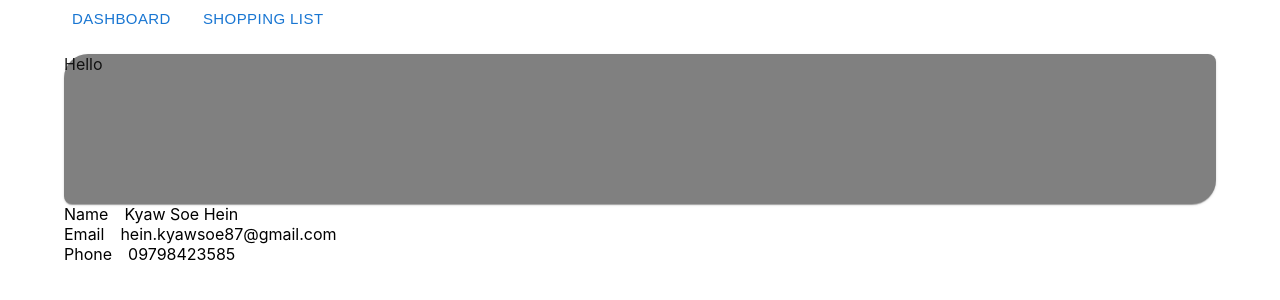
Repository: KyawSoeHein/GoogleAuthReact
Page: /
The author's editor kept a copy of each file at every save. The page is drawn from the files as they stood at one save, then again after a run of saves.
The browser window is 1280 px wide. The pictures show the whole page.
The project was rebuilt for these pictures with package versions that can differ from the ones it lists, and the page was loaded fresh each time. Also part of the build but not shown: src/App.css.

Above is the page before, as saved 2022-02-14 19:20:58.

### src/index.tsx
import React from "react";
import ReactDOM from "react-dom";
import "./index.css";
import App from "./App";
import Dashboard from "./View/Dashboard";
import reportWebVitals from "./reportWebVitals";

ReactDOM.render(
  <React.StrictMode>
    <Dashboard />
  </React.StrictMode>,
  document.getElementById("root")
);

// If you want to start measuring performance in your app, pass a function
// to log results (for example: reportWebVitals(console.log))
// or send to an analytics endpoint. Learn more: https://bit.ly/CRA-vitals
reportWebVitals();

### src/View/Dashboard.tsx
import React from "react";
import { Container, Grid, Stack } from "@mui/material";
import MenuSelection from "../Components/MenuSelection";
import CoverAndProfilePhoto from "../Components/CoverAndProfilePhoto";

const Dashboard = () => {
  return (
    <Grid>
      <Container>
        <MenuSelection />

        <CoverAndProfilePhoto />

        <Stack direction={"row"} spacing={2}>
          <div>Name</div>
          <div>Kyaw Soe Hein</div>
        </Stack>

        <Stack direction={"row"} spacing={2}>
          <div>Email</div>
          <div>hein.kyawsoe87@gmail.com</div>
        </Stack>

        <Stack direction={"row"} spacing={2}>
          <div>Phone</div>
          <div>09798423585</div>
        </Stack>
      </Container>
    </Grid>
  );
};

export default Dashboard;

### src/Components/MenuSelection.tsx
import React from "react";
import { Button, Stack } from "@mui/material";
import "../App.css";

const MenuSelection = () => {
  const buttonFontSize = 15;

  return (
    <Stack direction={"row"} spacing={2}>
      <Button sx={{ fontSize: buttonFontSize, fontFamily: "sans-serif" }}>
        Dashboard
      </Button>
      <Button sx={{ fontSize: buttonFontSize, fontFamily: "sans-serif" }}>
        Shopping List
      </Button>
    </Stack>
  );
};

export default MenuSelection;

### src/Components/CoverAndProfilePhoto.tsx
import React from "react";
import { Button, Paper, Stack } from "@mui/material";
import "../App.css";

const CoverAndProfilePhoto = () => {
  return (
    <Paper
      elevation={1}
      sx={{
        backgroundColor: "grey",
        height: 150,
        borderTopRightRadius: 8,
        borderTopLeftRadius: 24,
        borderBottomLeftRadius: 8,
        borderBottomRightRadius: 24,
      }}
    >
      <p>Hello</p>
    </Paper>
  );
};

export default CoverAndProfilePhoto;

Loaded but not shown: public/index.html (common file); src/index.css (common file); src/reportWebVitals.ts (common file)

After the next 2 saves:
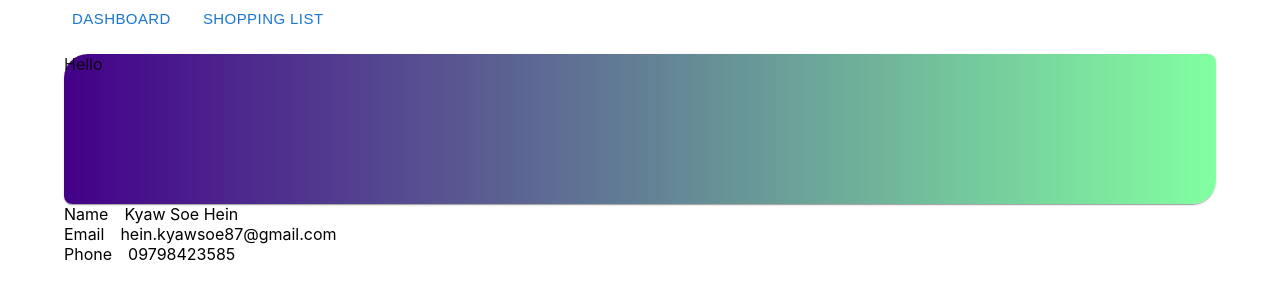
The 2 saves are shown as one change because 1 did not build or start.
The last was saved 2 min 54 s later.
--- a/src/Components/CoverAndProfilePhoto.tsx
+++ b/src/Components/CoverAndProfilePhoto.tsx
@@ -7,12 +7,12 @@ const CoverAndProfilePhoto = () => {
     <Paper
       elevation={1}
       sx={{
-        backgroundColor: "grey",
         height: 150,
         borderTopRightRadius: 8,
         borderTopLeftRadius: 24,
         borderBottomLeftRadius: 8,
         borderBottomRightRadius: 24,
+        background: "linear-gradient(to right, #430089, #82ffa1)",
       }}
     >
       <p>Hello</p>
